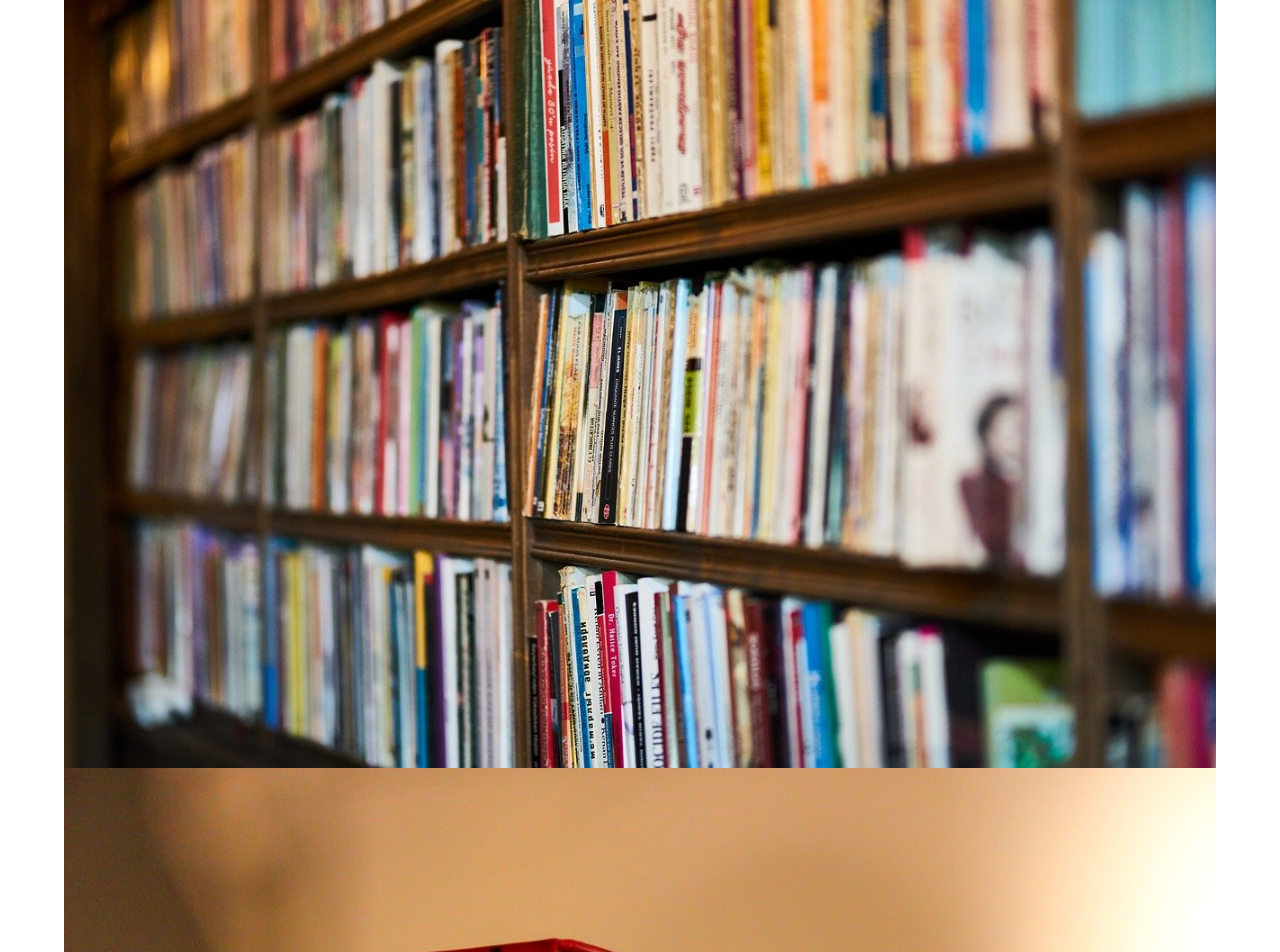
Repository: ppmp556/kakuubook
Page: index.html
These files come from the project's save history. The page is drawn as it stood at one moment and after the next save; the edit follows.
The browser window is 1280 px wide. The pictures show the part of the page from y = 0 to 952 px (the page is 3345 px tall before and 1684 px after).
The style sheet was rebuilt from its Sass, Less or Tailwind sources for each picture, by a compiler version that may differ from the author's.

Above is the page before, as saved 2020-12-23 21:16:17.

### index.html
<!DOCTYPE html>
<html lang="ja">

<head>
  <meta charset="utf-8" />
  <meta http-equiv="X-UA-Compatible" content="IE=edge" />
  <meta name="viewport" content="width=device-width,initial-scale=1.0" />
  <title>架空本屋</title>
  <meta name="description" content="" />
  <!--PC：１２０文字以内 スマホ：70文字以内-->

  <!--ここからOGP-->
  <meta property="og:url" content=" ページの URL" />
  <meta property="og:type" content=" ページの種類" />

  <!--website /blog 下層→article-->
  <meta property="og:title" content=" ページの タイトル" />
  <meta property="og:description" content=" ページのディスクリプション" />
  <meta property="og:site_name" content="サイト名" />
  <meta property="og:image" content=" サムネイル画像の URL" />
  <!--//OGPここまで-->


  <!-- <link rel="stylesheet" href="https://tomap.co/ZP_reset.css" /> -->
  <!-- リセットcssどちらか -->
  <link rel="stylesheet" href="css/reset.css" />
  <link rel="stylesheet" href="css/style.css" />
  <link rel="stylesheet" href="https://use.fontawesome.com/releases/v5.15.1/css/all.css" integrity="sha384-vp86vTRFVJgpjF9jiIGPEEqYqlDwgyBgEF109VFjmqGmIY/Y4HV4d3Gp2irVfcrp" crossorigin="anonymous">

</head>

<body>
  <!-- モック -->
  <img src="" alt="" class="mock"/>

  <div class="container" id="mv_slide">

    <div class="mv_container">
      <div class="mv_imgbox">
        <img src="img/top/book-4475384_1280.jpg" alt="" class="mv_img">
        <img src="img/top/books-109524_1280.jpg" alt="" class="mv_img">
        <img src="img/top/literature-3330647_1280.jpg" alt="" class="mv_img">
      </div><!-- /.kv_imgbox -->
    </div>

  <!-- ヘッダー -->
    <header class="header flex" id="top">
      <h1 class="header_ttl">

        <a href="index.html">
          <img src="" alt="">架空書店【KAKUU-BOOKS】
        </a>

      </h1><!-- /.header_ttl -->

      <!-- ハンバーガーメニュー部分 -->
      <div class="nav_ham">
        <div class="nav_btn" id="js-nav_toggle">
          <span class="nav_line __tg1"></span>
          <span class="nav_line __tg2"></span>
          <span class="nav_line __tg3"></span>
        </div>
      </div><!-- ハンバーガーメニューここまで -->


      <!-- ナビ -->
      <nav class="nav" id="nav">
        <ul class="nav_list">
          <li class="nav_item">
            <a href="#" class="nav_link">text</a>
          </li>
          <!-- /.nav_item -->
          <li class="nav_item">
            <a href="#" class="nav_link">当店のサービス</a>
          </li>
          <!-- /.nav_item -->
          <li class="nav_item">
            <a href="#" class="nav_link">アクセス</a>
          </li>
          <!-- /.nav_item -->
          <li class="nav_item">
            <a href="#" class="nav_link">お問い合わせ</a>
          </li>
          <!-- /.nav_item -->
        </ul>
      </nav>
      <!-- /.nav -->
    </header>
    <p class="mv_copy">

    </ｐ><!-- /.mv_copy -->


    <!-- メインコンテンツ -->
    <main class="main_container">

      <!-- about sectionここから -->
      <section class="top_about" id="about">
        <h2 class="section_ttl">テキストテキスト</h2>
        <div class="section_inner">
          <div class="top_about_flex">
            <div class="top_about_imgbox">
              <img src="" alt="">
            </div><!-- /.top_about_imgbox -->
            <div class="top_about_txtbox">
              <p class="top_about_txt">Lorem ipsum dolor sit amet consectetur adipisicing elit. Recusandae itaque sint maxime perspiciatis non voluptate minus impedit iste, asperiores cumque cum. Est neque, non temporibus omnis voluptates repellendus qui nihil!</p><!-- /.about_txt -->
            </div><!-- /.top_about_txtbox -->
          </div><!-- /.top_about_flex -->
        </div>
      </section>
      <!-- about sectionここまで -->

      <!-- service sectionここから -->
      <section class="top_service" id="service">
        <h2 class="section_ttl">サービス</h2>
        <div class="section_inner">

          <div class="top_service_box">
            <div class="top_service_imgbox">
              <img src="" alt="">
            </div><!-- /.top_service_imgbox -->
            <h3 class="top_service_ttl">
              古本買取
            </h3><!-- /.service_ttl -->
            <p class="top_service_txt">
              Lorem ipsum dolor, sit amet consectetur adipisicing elit. Quibusdam corporis tenetur omnis deserunt blanditiis cupiditate aspernatur iure eum. Doloremque reprehenderit quos, soluta ex enim exercitationem deleniti et sint eos odio.
            </p><!-- /.top_service_txt -->
          </div><!-- /.top_service_box -->


        </div><!-- /.section_inner -->
      </section><!-- /.top_service -->
      <!-- service sectionここまで -->

      <div class="top_intro">
        <p class="top_intro_txt">テキストテキスト</p><!-- /.top_intro_txt -->
      </div><!-- /.top_intro -->

      <!-- access sectionここから -->
      <section class="top_access">
        <div class="section_inner">
          <div class="section_ttl">アクセス</div><!-- /.section_ttl -->
          <div class="top_access_flex">
            <div class="top_access_img" data-aos="fade-up"></div><!-- /.access_img -->
            <div class="top_access_box">
              <p class="top_access_txt" data-aos="fade-up" data-aos-duration="1700">
                住所<br>
                〒000-0000<br>
                福島県XXXXXXXXXXXXXX<br>
                TEL/FAX<br>
                000-0000-0000/00-0000-0000<br>
                営業時間<br>
                8:00-21:00
              </p><!-- /.top_access_txt -->
            </div><!-- /.top_access_box -->
          </div><!-- /.top_access_flex -->
          <div class="top_access_flex flex_center" data-aos="fade-up" data-aos-duration="1700">
            <iframe src="https://www.google.com/maps/embed?pb=!1m18!1m12!1m3!1d170230.93989411104!2d140.26448167519968!3d37.552174217387886!2m3!1f0!2f0!3f0!3m2!1i1024!2i768!4f13.1!3m3!1m2!1s0x602004816ddcd52f%3A0x341fa6c1d0d6465c!2z56aP5bO255yM!5e0!3m2!1sja!2sjp!4v1608725613452!5m2!1sja!2sjp" width="600" height="450" frameborder="0" style="border:0;" allowfullscreen="" aria-hidden="false" tabindex="0"></iframe>

          </div><!-- /.top_accessflex -->
        </div><!-- /.inner -->



      </section><!-- /.top_access -->

    </main>

    <!-- フッター -->
    <footer class="footer">
      <nav class="footer_nav" id="nav">
        <ul class="footer_nav_list">
          <li class="footer_nav_item">
            <a href="#" class="nav_link">text</a>
          </li>
          <!-- /.footer_nav_item -->
          <li class="footer_nav_item">
            <a href="#" class="nav_link">当店のサービス</a>
          </li>
          <!-- /.footer_nav_item -->
          <li class="footer_nav_item">
            <a href="#" class="nav_link">アクセス</a>
          </li>
          <!-- /.footer_nav_item -->
          <li class="footer_nav_item">
            <a href="#" class="nav_link">お問い合わせ</a>
          </li>
          <!-- /.footer_nav_item -->
        </ul>
      </nav>
      <!-- /.footer_nav -->


      <small class="footer_txt">&copy;KAKUU BOOKS2021</small>
    </footer>

  </div><!-- /.container -->

  <script src="https://ajax.googleapis.com/ajax/libs/jquery/3.5.1/jquery.min.js"></script>
  <script src="js/main.js"></script>
</body>

</html>

### css/reset.css
/*
html5doctor.com Reset Stylesheet
v1.6.1
Last Updated: 2010-09-17
Author: Richard Clark - http://richclarkdesign.com
Twitter: @rich_clark
*/

html,
body,
div,
span,
object,
iframe,
h1,
h2,
h3,
h4,
h5,
h6,
p,
blockquote,
pre,
abbr,
address,
cite,
code,
del,
dfn,
em,
img,
ins,
kbd,
q,
samp,
small,
strong,
sub,
sup,
var,
b,
i,
dl,
dt,
dd,
ol,
ul,
li,
fieldset,
form,
label,
legend,
table,
caption,
tbody,
tfoot,
thead,
tr,
th,
td,
article,
aside,
canvas,
details,
figcaption,
figure,
footer,
header,
hgroup,
menu,
nav,
section,
summary,
time,
mark,
audio,
video {
    margin: 0;
    padding: 0;
    border: 0;
    outline: 0;
    font-size: 100%;
    vertical-align: baseline;
    background: transparent;
}

body {
    line-height: 1.5;
}

article,
aside,
details,
figcaption,
figure,
footer,
header,
hgroup,
menu,
nav,
section {
    display: block;
}

nav ul {
    list-style: none;
}

table {
    border-collapse: collapse;
    border-spacing: 0;
}


a {
    color: inherit;
    text-decoration: none;
}


img {
    width: 100%;

    /*画像がはみでるのを防ぐ　max-width*/
    max-width: 100%;
    height: auto;

    vertical-align: bottom;
}

/* h1,h2,h3,h4,h5,h6 { */
/* font-weight: bold; */
/* } */

### js/main.js
"use strict";

$(() => {

    // 実装しないものは適宜追加、削除

     // ハンバーガーメニュー
    $('#js-nav_toggle').click(() => {
        $('.nav_line').toggleClass('clicked');
        $('.nav_ham').toggleClass('clicked');
        $('.nav_list').toggleClass('clicked');
    });

    //スムーズスクロール

    // #で始まるリンクをクリックしたら実行
    $('a[href^="#"]').click(function() {
         // スクロールの速度
        let speed = 800; // ミリ秒
        let href = $(this).attr("href");
        let target = $(href == "#" || href == "" ? 'html' : href);
        let position = target.offset().top;
        $('body,html').animate({scrollTop:position}, speed, 'swing');
        return false;
    });



    // スライドショー
    let nowPage = 0;
    let nextPage = 1;

    const slides = $("#js-mv_slide").find("img");
    const slideLength = slides.length;

    const fadeTime = 1500;
    const showTime = 3000;

    slides.hide();
    slides.eq(0).show();

    const slidesshow = () => {

        slides.eq(nowPage % slideLength).fadeOut(fadeTime).removeClass("zoom");
        slides.eq(nextPage % slideLength).fadeIn(fadeTime).addClass("zoom");

        nowPage++;
        nextPage++;
    }

    setInterval(slidesshow, showTime);


    // header固定
    // 1画面分以上スクロールしたら、ヘッダーを固定する

    let headerFix = $("header");

    $(window).scroll(function (){
        if ($(window).scrollTop() > $(window).height()) {
            headerFix.addClass("fix");
        } else {
            headerFix.removeClass("fix");

        }
    });


});

### scss/style.scss
@charset 'utf-8';

/****************************************:

スタイル読み込み

*****************************************:*/

@import "config"; // 変数定義用
@import "mixin"; // mixin用
@import "base"; //ベーススタイル用
@import "module"; //サイト共通パーツ
@import "content"; //サイトコンテンツスタイル用

### scss/_config.scss
// サイト共通で必要になる設定値
// 変数定義用


/**********

変数管理

**********/

//color
$cWhite: #ffffff;
$cBlack: #333;
$cBgColor: #fffff6;



//font-family
//-->ヒラギノver.
$fontMain: "ヒラギノ角ゴ Pro W3", "Hiragino Kaku Gothic Pro", "メイリオ",
  Meiryo, "ＭＳ Ｐゴシック", "MS PGothic", sans-serif;



// アニメーション
$anime_nomal: all 0.2s ease-in-out;


// SNSのメインカラー用
$color_facebook: #3b5998;
$color_twitter: #55acee;
$color_line: #00b900;
$color_pocket: #ef4156;


$hover_opacity: 0.7;
/*************

レスポンシブ

**************/


//ブレイクポイント
$widthPc: 1024px;
$widthTab: 764px;
$widthSP: 480px;

### scss/_mixin.scss
// mixin


/*************

メディアクエリ定義

**************/


//@mediaのフォーマット
//モバイルファースト　➡　min-widthから SPのmixinいらない
//PCファースト　➡　max-widthから PCのmixinいらない


//使わないほうは削除

// 必要に応じて、調整用mixiをいれる



/********* モバイルファーストmixin*********************/

//PC(モバイルファースト)
@mixin pc {
    @media screen and (min-width: $widthPc) {
        @content;
    }
}

//タブレット（モバイルファースト）
@mixin tab {
    @media screen and (min-width: $widthTab) and (max-width: $widthPc) {
        @content;
    }
}





/*************

font-size定義

**************/
//$sizeにpx表示を入れて使う

@mixin rem($size) {
    font-size: $size + px; /*IE9以前に対応する*/
    font-size: ($size / 16) + rem;
}


/*************

flex定義

**************/


@mixin flex($justify: space-between, $wrap: nowrap) {
    display: flex;
    justify-content: $justify;
    flex-wrap: $wrap;
}

/*************

その他mixin集

**************/


// 親要素に対して中央寄せ
// 使用時は親要素にpostion:retative
//x:横方向、y:縦方向, xy:縦横方向中央寄せ

@mixin center($direction) {
	position: absolute;
	@if $direction==xy {
		top: 50%;
		left: 50%;
		transform: translate(-50%, -50%);
	}
	@else if $direction==x {
		left: 50%;
		transform: translateX(-50%);
	}
	@else if $direction==y {
		top: 50%;
		transform: translateY(-50%);
	}
}

// absolute
@mixin absolute($top:null, $right:null, $bottom:null, $left:null){
    position: absolute;
    @if $top != null{
        top: $top;
    }
    @if $right != null{
        right: $right;
    }
    @if $bottom != null{
        bottom: $bottom;
    }
    @if $left != null{
        left: $left;
    }
}


// hover
//引数にfalse指定で、新たに記述したスタイルのみ適用
@mixin hover($flag: true){
    @include min-screen(900px){
        transition: .2s;
        &:hover{
            transition: .3s;
            @if $flag == true{
                opacity: .5;
            }
                @content
            }
    }
}

@mixin hoverall($focus:null,$opacity:null) {

    transition: $anime_nomal;

    @if $focus == none {
        // focusが不要な場合
        @if $opacity == none{
            // focusと不透明度が不要な場合
            &:hover,&:active{
                opacity: $hover_opacity;
                @content;
            }
        } @else{
            // focus のみ不要な場合
            &:hover,&:active{
                opacity: $hover_opacity;
                @content;
            }
        }
    } @else if $opacity == none{
        // 不透明度のみ不要な場合
        &:hover,&:active,&:focus{
            @content;
        }
    } @else {
        &:hover,&:active,&:focus{
            opacity: $hover_opacity;
            @content;
        }
    } // @else
} // @mixin

### scss/_base.scss
// ベーススタイル用



body {

    @include rem(10);


    margin: 0 auto;
    letter-spacing: .5em;
    font-family: $fontMain;
    color: $cBlack;

}


* {
    box-sizing: border-box;
}

*:focus {
    outline: none;
}

// スマホでタッチしたとき、青い表示がでないようにする
a {
    -webkit-tap-highlight-color:rgba(0,0,0,0);
    cursor:pointer;
}


// bodyにoverallクラスつけたら使用
.overall {
    font-family: "Yu Gothic", YuGothic, "Hiragino Kaku Gothic Pro", "YuGothic",
        "Meiryo", verdana, "Osaka", "MS PGothic", Sans-Serif, "Yu Mincho",
        YuMincho, "MS P Mincho", serif;

    background-color: $cBgColor;
}

.container {
    width: 90%;
    margin: 0 auto;
    overflow: hidden;
}

/*************

モック画像
終わったら削除

**************/


.mock {
    /* モック画像 */
    position: absolute;
    top: 0;
    left: 0;
    right: 0;
    margin: 0 auto;
    width: 375px;
    opacity: 0.3;

    /* 反転 */
    filter: hue-rotate(180deg);

    /* テキストを掴まないように */
    pointer-events: none;

    z-index: 999;
}




// コンテンツ幅
.inner {
    margin: 0 15px;
}



//共通タイトル
.section_ttl {
    @include rem(36);
    display: block;
    text-align: center;
}


//セクションの共通inner
.section_inner {
    margin: 0 auto;
    padding: 0 20px;

}

### scss/_module.scss
// サイト共通で使用するパーツ


/****************************************:

nav

*****************************************:*/

.nav {
    position: relative;


    &_list {
        position: absolute;
        right: -1000px;
        display: flex;
        flex-direction: column;

        &.clicked {
            right: -5vw;
            transition: .6s;
        }


    }



    // ハンバーガーメニュー
    &_ham {
        cursor: pointer;
        position: absolute;
        top: 50%;
        right: 0;
        transform: translateY(-50%);
        width: 25px;
        height: 25px;
        z-index: 100;


        &.clicked {
            right: 40px;
        }
    }

    &_hamspan {
        font-size: 1.1rem;
        position: absolute;
        top: -20px;
        left: -25px;
    }

    &_line {
        position: absolute;
        width: 100%;
        height: 2px;
        background-color: $cWhite;

        &:nth-child(1) {
            top: 0px;


        }

        &:nth-child(2) {
            top: 8px;
        }

        &:nth-child(3) {
            top: 16px;
        }

        &.clicked:nth-child(1) {
            transform: translateY(12px) rotate(-315deg);
            transition: .5s;

        }
        &.clicked:nth-child(2) {
            left: 0;
            transition: .9s;
            opacity: 0;

        }


        &.clicked:nth-child(3) {
            transform: translateY(-4px) rotate(315deg);
            transition: .5s;

        }




    }

    &_item {
        text-align: center;
        margin-top: 50px;
        font-size: 2.5rem;
        line-height: 3;
        padding-right: 30px;
    }

    &_link {
        position: relative;
        display: block;
        letter-spacing: .2em;
        transition: .3s;



         //ナビホバー時の下線
        &::after {
            position: absolute;
            bottom: -5px;
            left: 0;
            content: '';
            width: 100%;
            height: 2px;
            transform: scale(0, 1);
            transform-origin: center;
            transition: transform .7s;
            background: $cWhite;
        }

        &:hover::after {
            transform: scale(1, 1);
        }

        &:hover {
            color: $cWhite;
            letter-spacing: .5em;
            transition: .5s;
        }
    }

}

### scss/_content.scss
// サイトコンテンツスタイル用


/****************************************:

header

*****************************************:*/






/****************************************:

fv

*****************************************:*/







/****************************************:

section

*****************************************:*/








/****************************************:

footer

*****************************************:*/

After the next save:
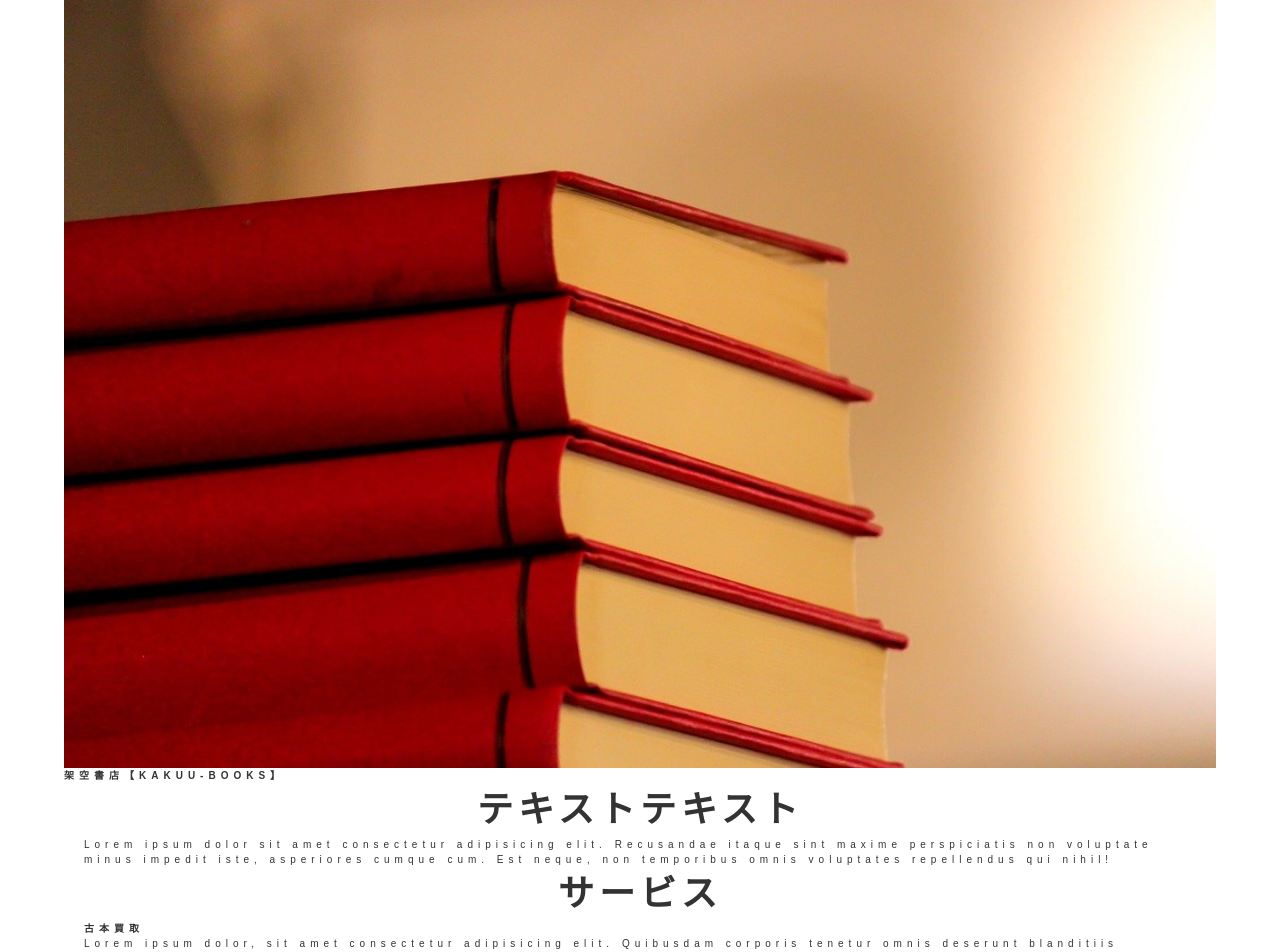
Saved 7 s later.
--- a/index.html
+++ b/index.html
@@ -33,7 +33,7 @@
   <!-- モック -->
   <img src="" alt="" class="mock"/>
 
-  <div class="container" id="mv_slide">
+  <div class="container" id="js-mv_slide">
 
     <div class="mv_container">
       <div class="mv_imgbox">

After the save that followed:
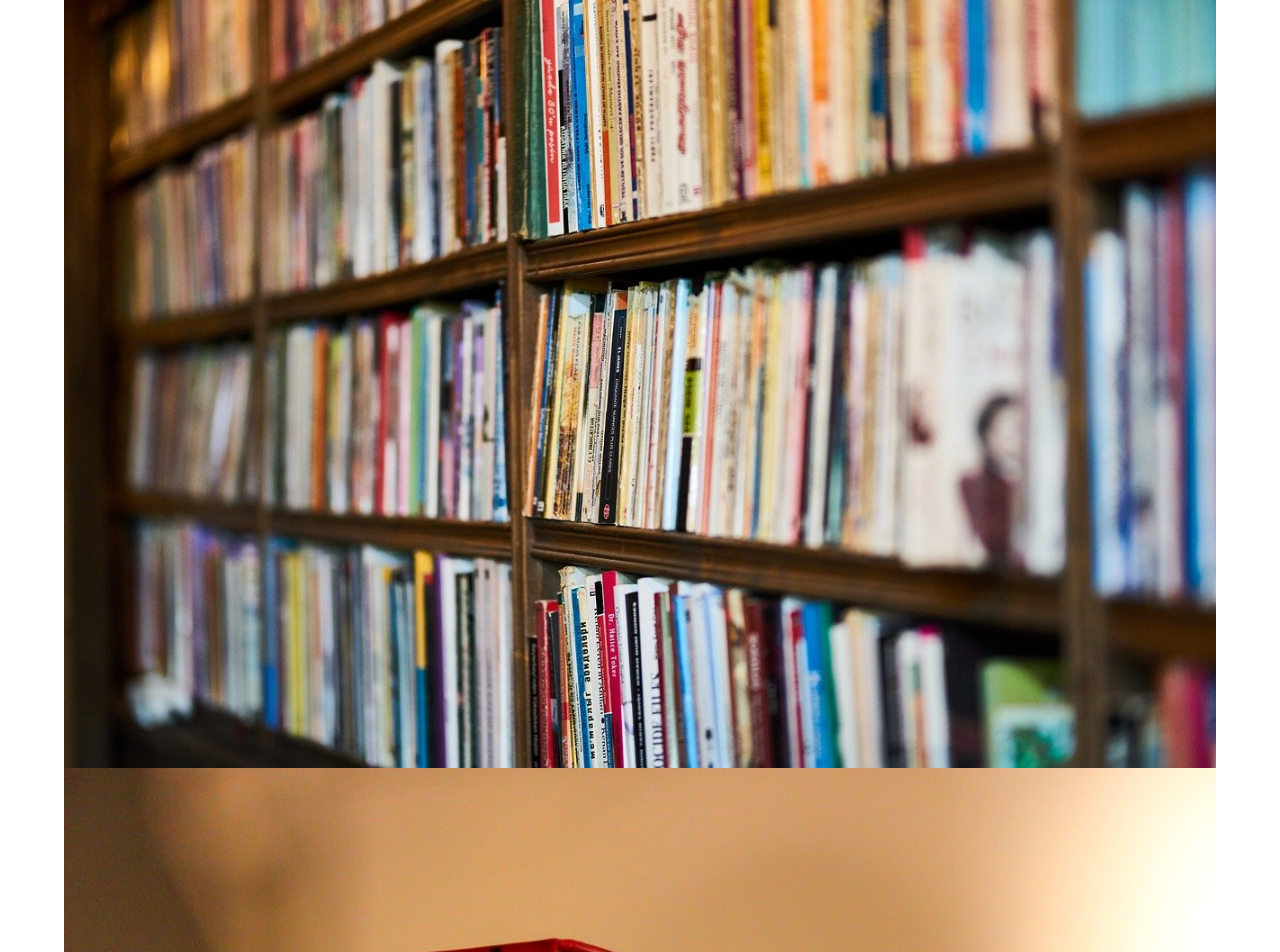
Saved 54 s later.
--- a/index.html
+++ b/index.html
@@ -33,7 +33,7 @@
   <!-- モック -->
   <img src="" alt="" class="mock"/>
 
-  <div class="container" id="js-mv_slide">
+  <div class="container" id="mv_slide">
 
     <div class="mv_container">
       <div class="mv_imgbox">
